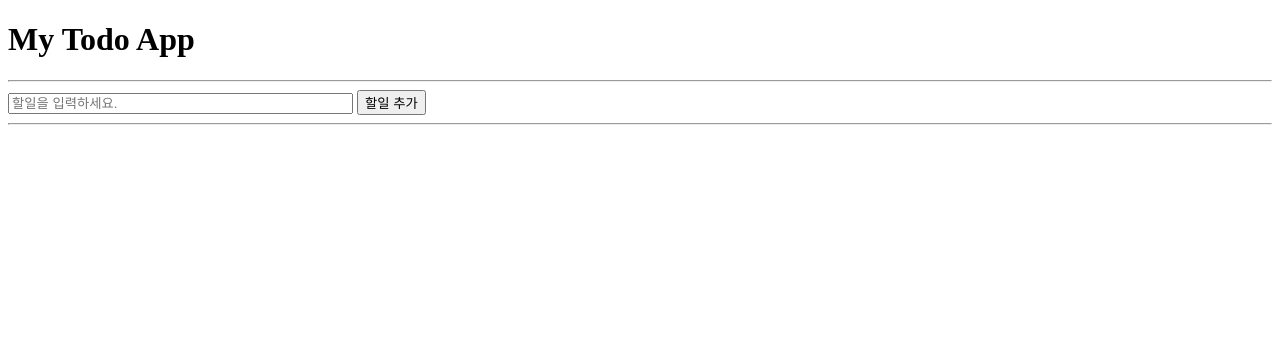
Repository: ineble/demo1
Page: http://localhost/test/todo.jsp
These files come from the project's save history. The page is drawn as it stood at one moment and after the next save; the edit follows.
The browser window is 1280 px wide. The pictures show the whole page.
The page is served by Tomcat 10.

Above is the page before, as saved 2022-08-03 11:07:07.
Console error: SyntaxError: Unexpected token '}'

After the next save:
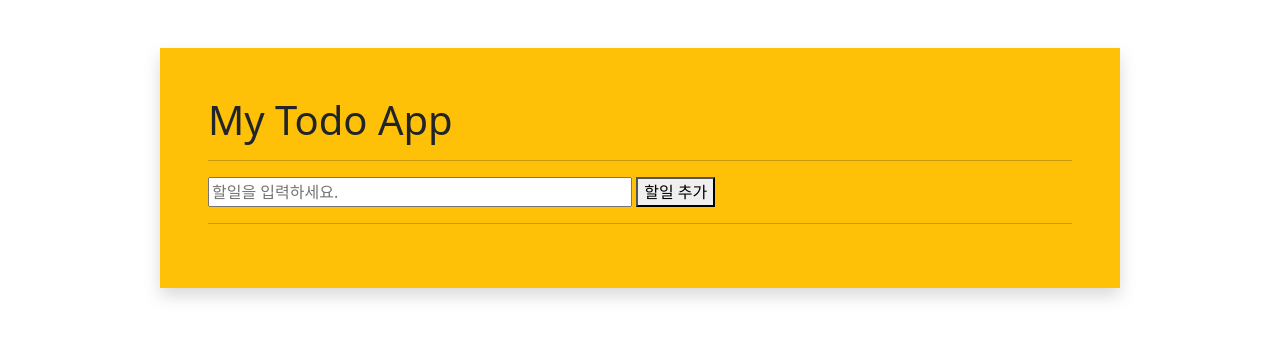
The error is gone.
Saved 110 min 10 s later.
--- a/test/src/main/webapp/todo.jsp
+++ b/test/src/main/webapp/todo.jsp
@@ -5,14 +5,10 @@
 <head>
 <meta charset="EUC-KR">
 <title>Insert title here</title>
-<script type="text/javascript">
-	function add(){
-		alert("할 일을 추가하시겠습니까?")
-		document.getElementById("rTodo").inerHTML = document.
-	}
-</script>
+<link href="https://cdn.jsdelivr.net/npm/bootstrap@5.0.2/dist/css/bootstrap.min.css" rel="stylesheet" integrity="sha384-EVSTQN3/azprG1Anm3QDgpJLIm9Nao0Yz1ztcQTwFspd3yD65VohhpuuCOmLASjC" crossorigin="anonymous">
 </head>
 <body>
+	<div class="container bg-warning shadow mx-auto mt-5 p-5 w-75">
 	<h1>My Todo App</h1>
 	<hr>
 	<div id="todoForm">
@@ -20,9 +16,7 @@
 	<button type="button" onclick="add()">할일 추가</button>
 	</div>
 	<hr>
-	<div id="resultForm">
-	<span id="rTodo"></span>
+	<ul id="todolist"></ul>
 	</div>
-
 </body>
 </html>
